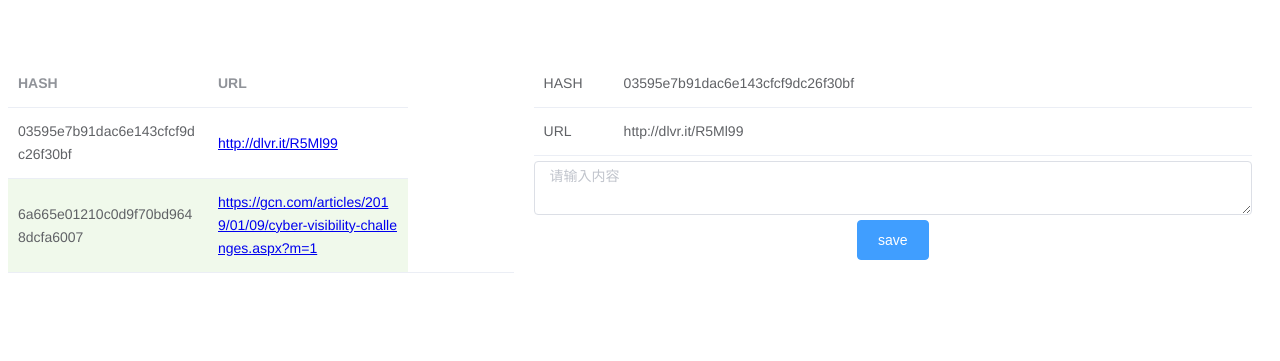
Repository: NicoleGX/TI
Page: /
These files come from the project's save history. The page is drawn as it stood at one moment and after the next save; the edit follows.
The browser window is 1280 px wide. The pictures show the whole page.
The project was rebuilt for these pictures with package versions that can differ from the ones it lists, and the page was loaded fresh each time.

Above is the page before, as saved 2019-05-28 20:29:51.

After the next save:
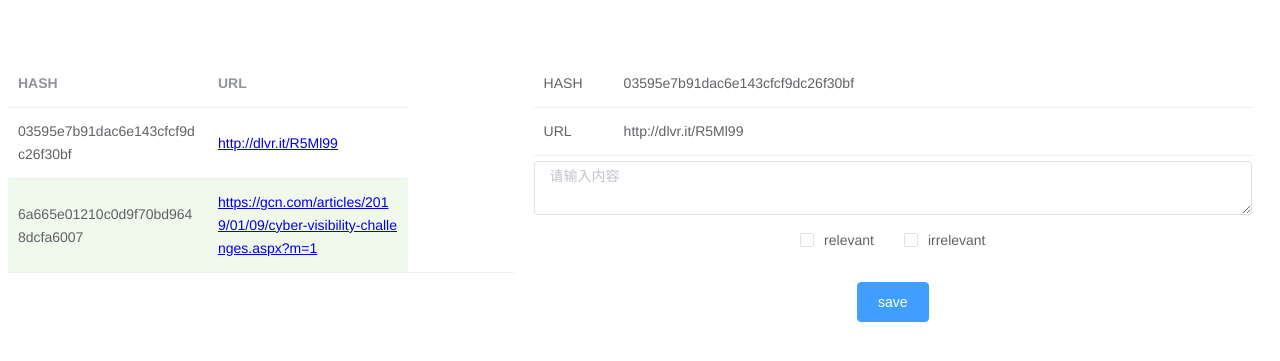
Saved 2 min 50 s later.
--- a/src/views/TextClassification.vue
+++ b/src/views/TextClassification.vue
@@ -45,6 +45,10 @@
           v-model="form.text"
           style="margin: 5px 0;">
         </el-input>
+        <el-form-item>
+          <el-checkbox label="relevant" name="type"></el-checkbox>
+          <el-checkbox label="irrelevant" name="type"></el-checkbox>
+        </el-form-item>
         <el-button type="primary">save</el-button>
       </el-form>
     </el-main>
